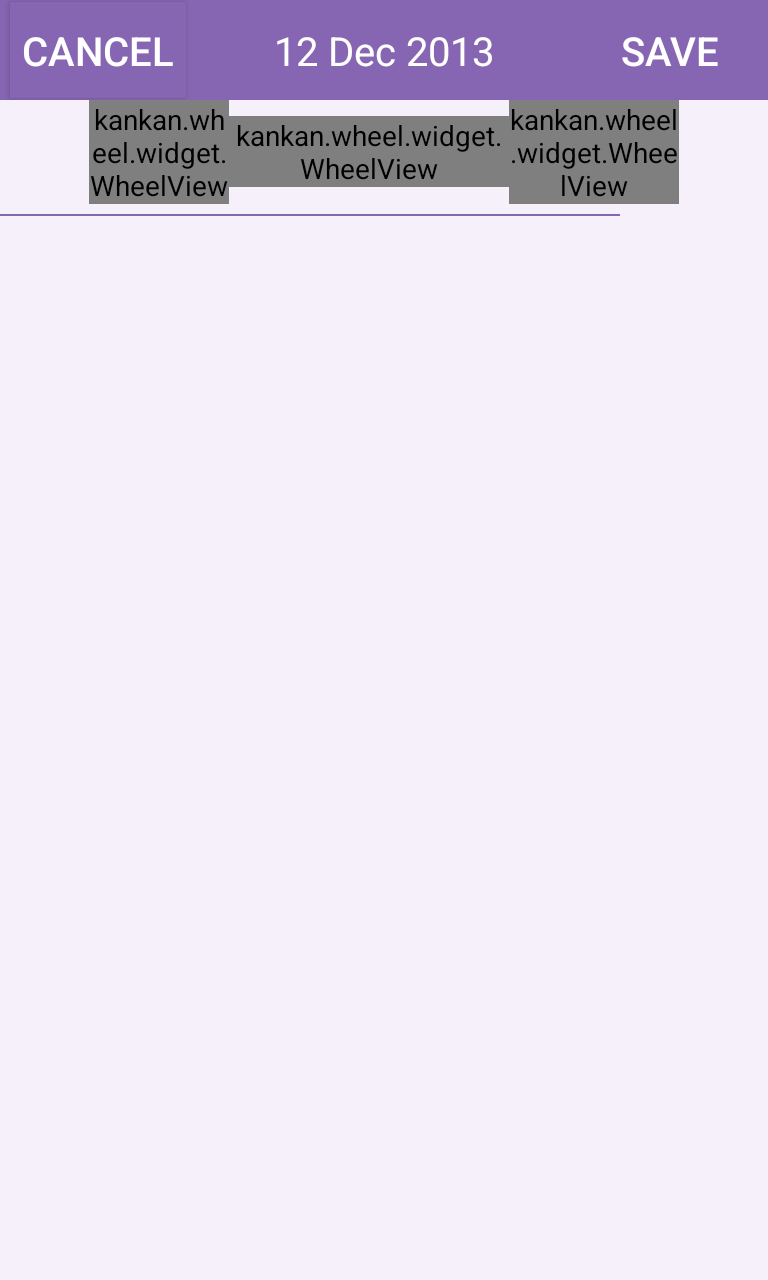
Repository: HighAley/android-uipicker
Layout: android-ui-picker-view/res/layout/dialog_date.xml
An editor plug-in stored every save of this project. The layout is shown before and after the next save, followed by the edit.
Pictures or frames that could not be fetched are drawn as grey boxes. It is drawn on a 768 x 1280 px phone screen (xhdpi) without system bars, with theme AppTheme; the app's code is not run.

Above is the layout before, as saved 2014-10-01 08:06:02.

After the next save:
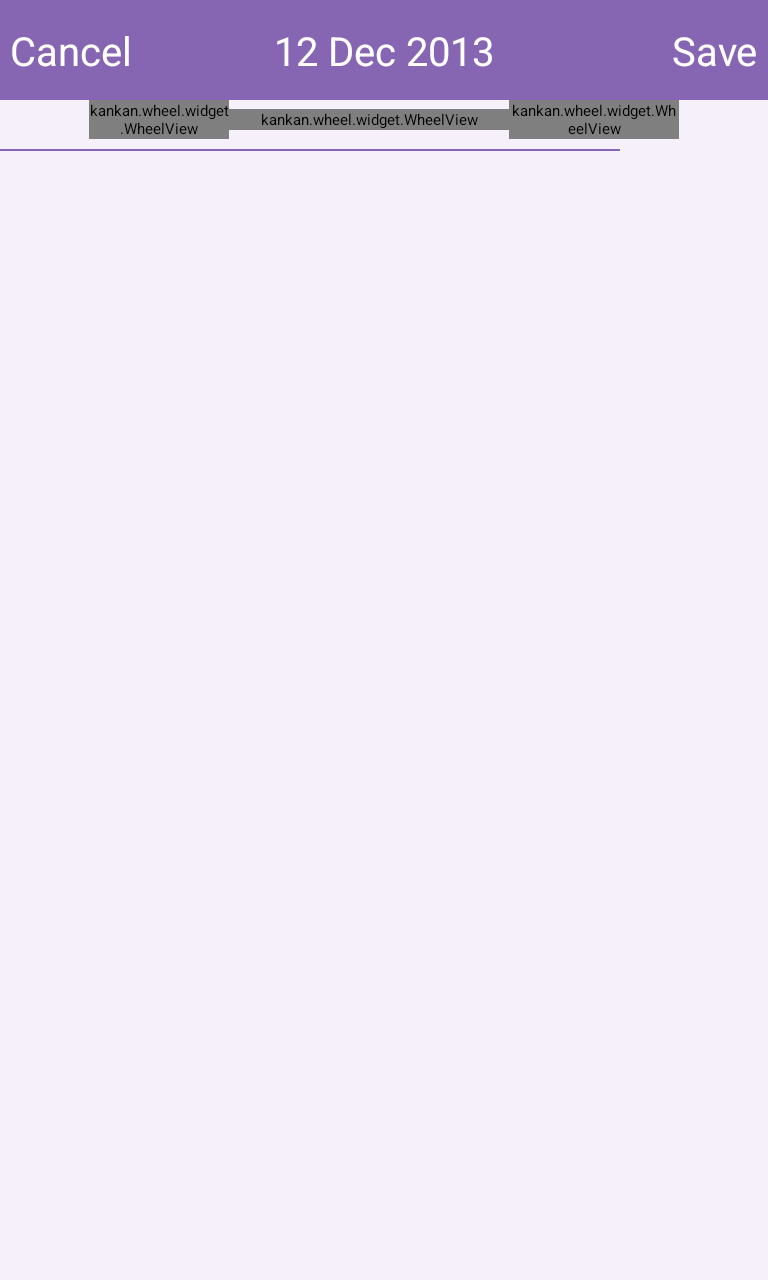
Saved 32 s later.
--- a/android-ui-picker-view/res/values/styles.xml
+++ b/android-ui-picker-view/res/values/styles.xml
@@ -4,7 +4,6 @@
         Base application theme, dependent on API level. This theme is replaced
         by AppBaseTheme from res/values-vXX/styles.xml on newer devices.
     -->
-    <style name="AppBaseTheme" parent="Theme.AppCompat.Light">
         <!--
             Theme customizations available in newer API levels can go in
             res/values-vXX/styles.xml, while customizations related to

After the save that followed:
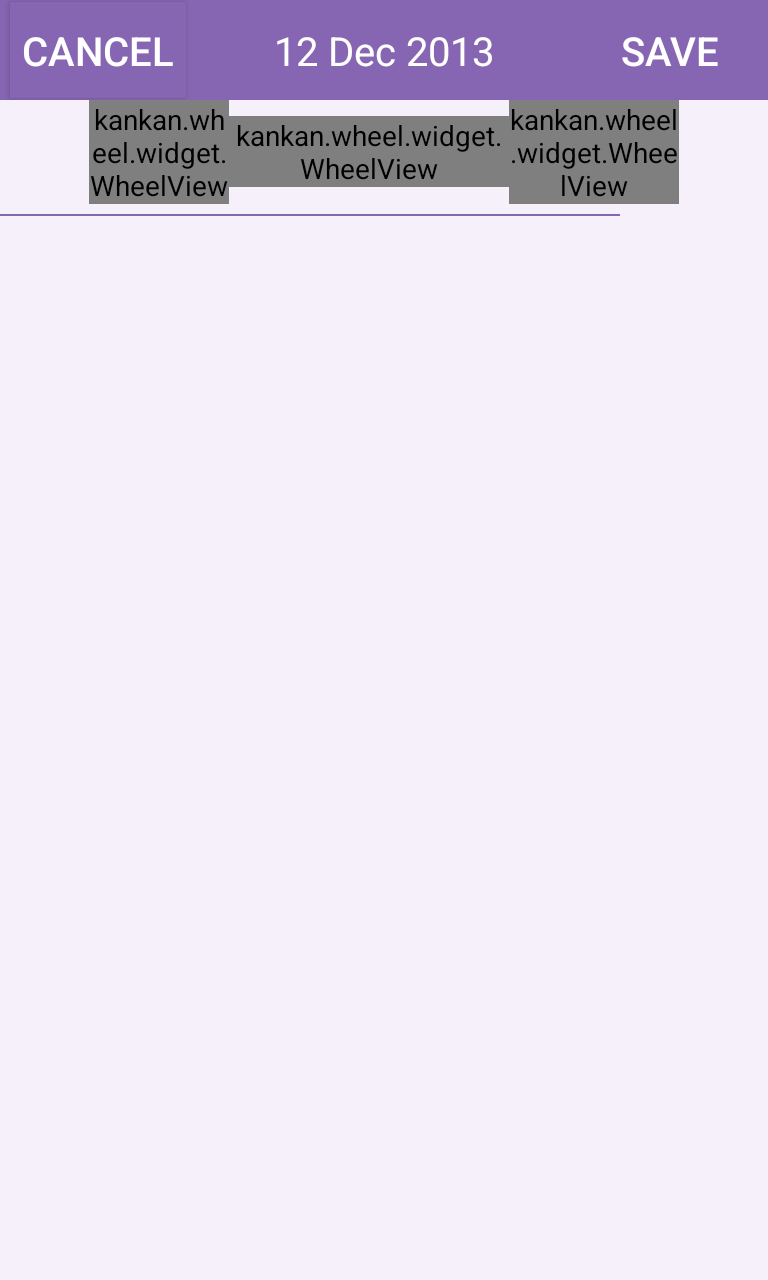
Saved 24 s later.
--- a/android-ui-picker-view/res/values/styles.xml
+++ b/android-ui-picker-view/res/values/styles.xml
@@ -4,6 +4,7 @@
         Base application theme, dependent on API level. This theme is replaced
         by AppBaseTheme from res/values-vXX/styles.xml on newer devices.
     -->
+    <style name="AppBaseTheme" parent="Theme.AppCompat.Light">
         <!--
             Theme customizations available in newer API levels can go in
             res/values-vXX/styles.xml, while customizations related to
